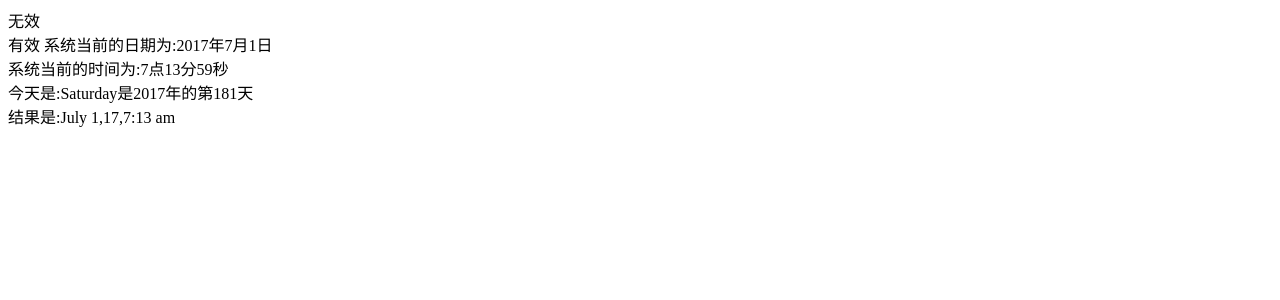
Repository: ljcan/PHP_Scripts
Page: http://localhost/src/new_file04.php
An editor plug-in stored every save of this project. The page is shown before and after the next save, followed by the edit.
The browser window is 1280 px wide. The pictures show the whole page.
The page is run by PHP 8.4 with error messages shown; the project is at /var/www/html/.

Above is the page before, as saved 2017-07-03 14:28:08.

After the next save:
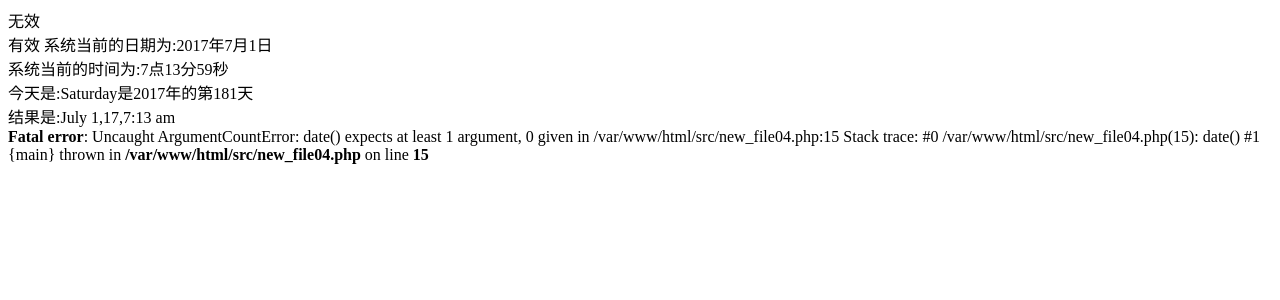
Saved 74 s later.
--- a/myjavascript_file/myphp/src/new_file04.php
+++ b/myjavascript_file/myphp/src/new_file04.php
@@ -12,6 +12,7 @@
 		echo "系统当前的时间为:".$nowtime["hours"]."点".$nowtime["minutes"]."分".$nowtime["seconds"]."秒"."</br>";
 		echo "今天是:".$nowtime["weekday"]."是".$nowtime["year"]."年的第".$nowtime["yday"]."天"."</br>";
 		echo "结果是:".date("F j,y,g:i a")."\n";
+		echo date();
 		?>
 	</body>
 </html>

After the save that followed:
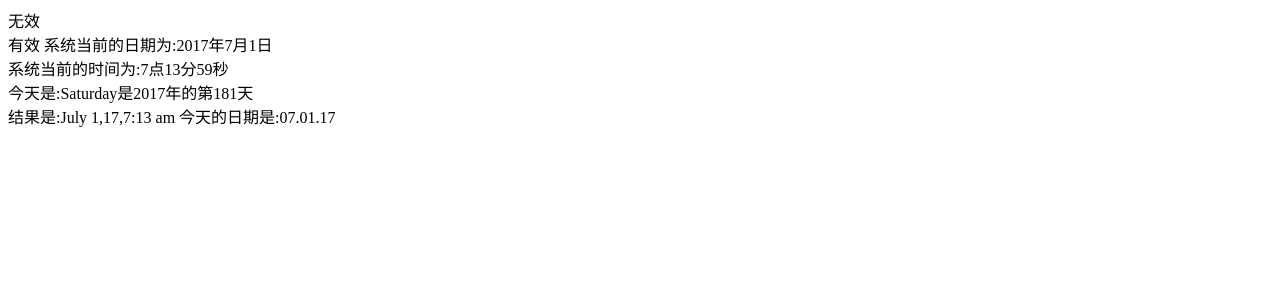
Saved 5 min 29 s later.
--- a/myjavascript_file/myphp/src/new_file04.php
+++ b/myjavascript_file/myphp/src/new_file04.php
@@ -12,7 +12,7 @@
 		echo "系统当前的时间为:".$nowtime["hours"]."点".$nowtime["minutes"]."分".$nowtime["seconds"]."秒"."</br>";
 		echo "今天是:".$nowtime["weekday"]."是".$nowtime["year"]."年的第".$nowtime["yday"]."天"."</br>";
 		echo "结果是:".date("F j,y,g:i a")."\n";
-		echo date();
+		echo "今天的日期是:".date("m.d.y")."\n";
 		?>
 	</body>
 </html>
